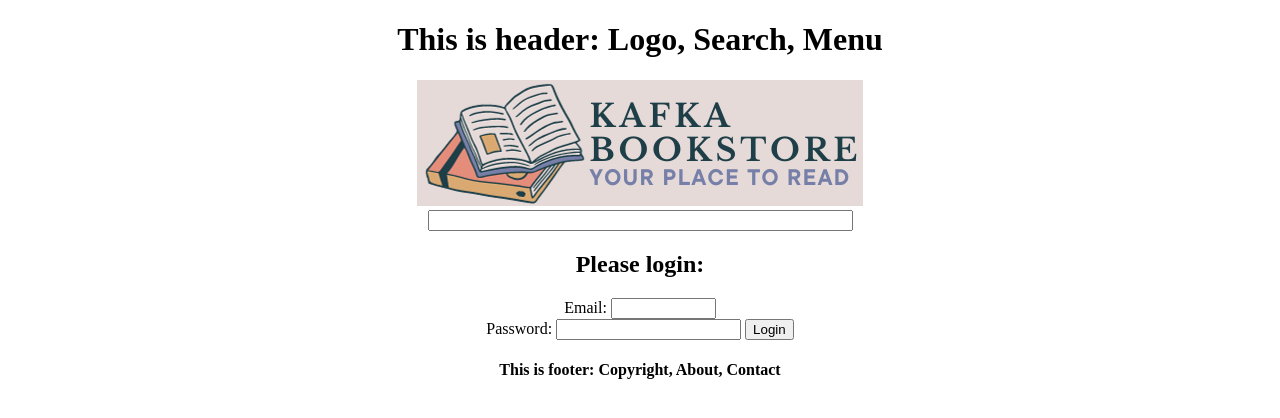
Repository: janvi2502/BookStore
Page: http://localhost/BookStoreWebsite/frontend/login.jsp
An editor plug-in stored every save of this project. The page is shown before and after the next save, followed by the edit.
The browser window is 1280 px wide. The pictures show the whole page.
The page is served by Tomcat 10. Other server files are loaded and not shown.

Above is the page before, as saved 2023-10-19 08:14:21.

### BookStoreWebsite/WebContent/frontend/login.jsp
<%@ page language="java" contentType="text/html; charset=UTF-8"
    pageEncoding="UTF-8"%>
<!DOCTYPE html>
<html>
<head>
<meta charset="UTF-8">
<title>Login Page</title>
</head>
<body>
	<jsp:directive.include file="header.jsp" />

	<div align="center">
		<h2>Please login:</h2>
		<form action="">
			Email: <input type="text" size="10"><br/>
			Password: <input type="password">
			<input type="submit" value="Login">
		</form>
	</div>

		<jsp:directive.include file="footer.jsp" />
</body>
</html>

### BookStoreWebsite/WebContent/frontend/header.jsp
<div align="center">
	<h1>This is header: Logo, Search, Menu</h1>
	<div>
		<img src="images/kafka.png" />
	</div>

	<div>
		<input type="text" name="keyword" size="50" />
	</div>


</div>

### BookStoreWebsite/WebContent/frontend/footer.jsp
<div align="center">
		<h4>This is footer: Copyright, About, Contact</h4>
</div>

After the next save:
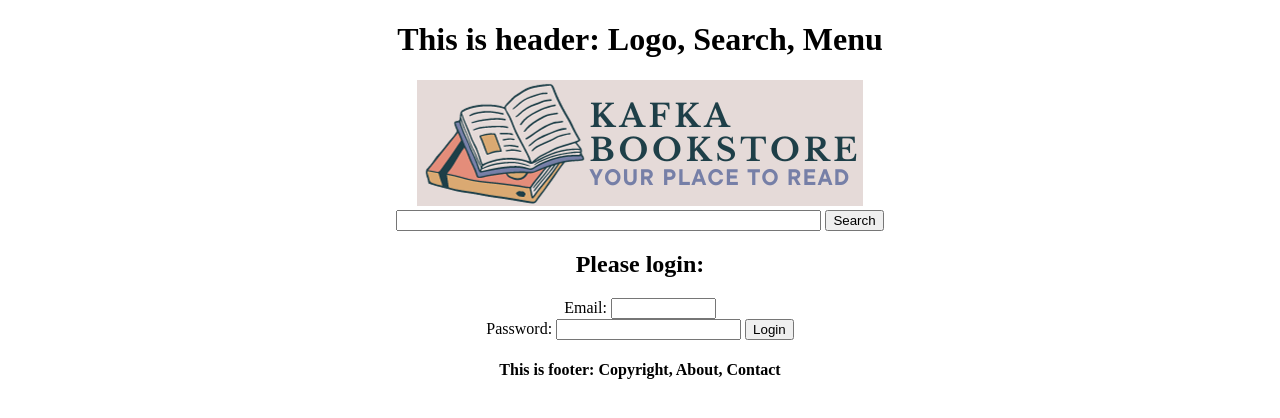
Saved 47 s later.
--- a/BookStoreWebsite/WebContent/frontend/header.jsp
+++ b/BookStoreWebsite/WebContent/frontend/header.jsp
@@ -6,6 +6,7 @@
 
 	<div>
 		<input type="text" name="keyword" size="50" />
+		<input type="button" value="Search"/>
 	</div>
 
 
